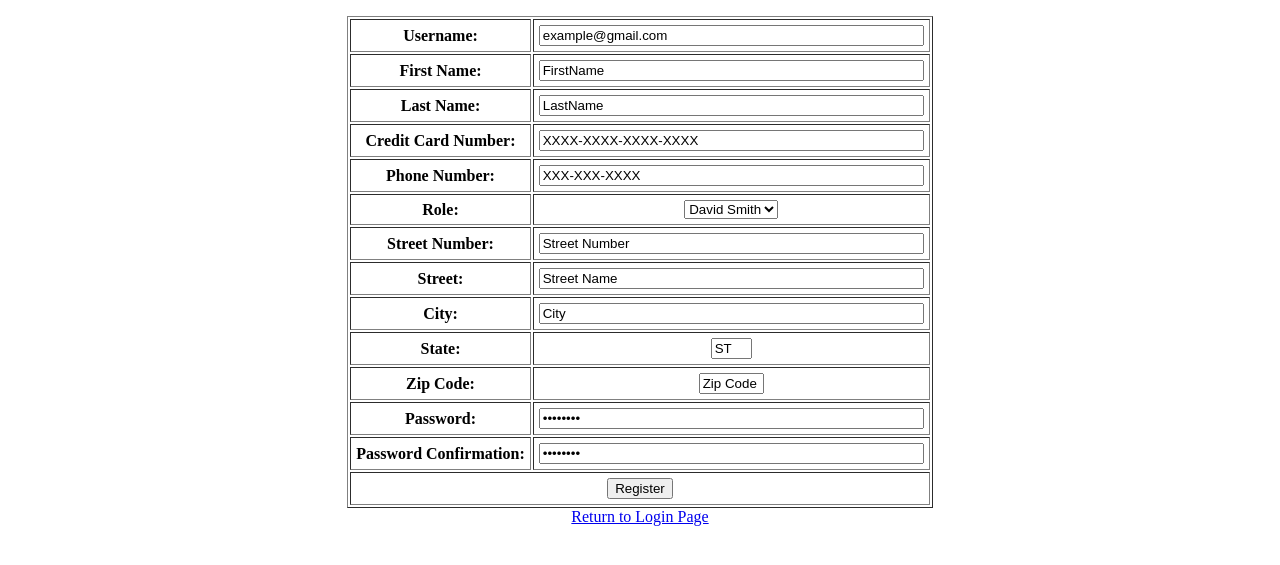
Repository: jrule5960/Tree-Cutting-Database
Page: http://localhost/database/register.jsp
These files come from the project's save history. The page is drawn as it stood at one moment and after the next save; the edit follows.
The browser window is 1280 px wide. The pictures show the whole page.
The page is served by Tomcat 9.

Above is the page before, as saved 2023-11-06 17:56:27.

After the next save:
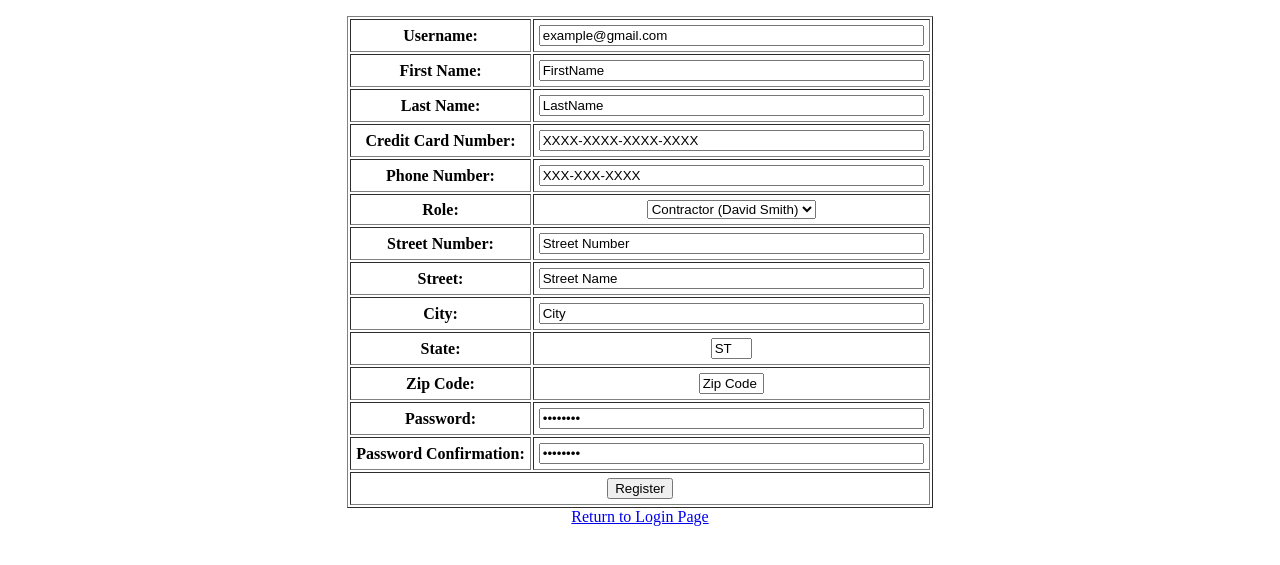
Saved 6 min 37 s later.
--- a/database/WebContent/register.jsp
+++ b/database/WebContent/register.jsp
@@ -43,7 +43,7 @@
 				    <th>Role: </th>
 				    <td align="center" colspan="3">
 				        <select name="role">
-				            <option value="David Smith">David Smith</option>
+				            <option value="David Smith">Contractor (David Smith)</option>
 				            <option value="Client">Client</option>
 				            <option value="Admin Root">Admin Root</option>
 				        </select>
